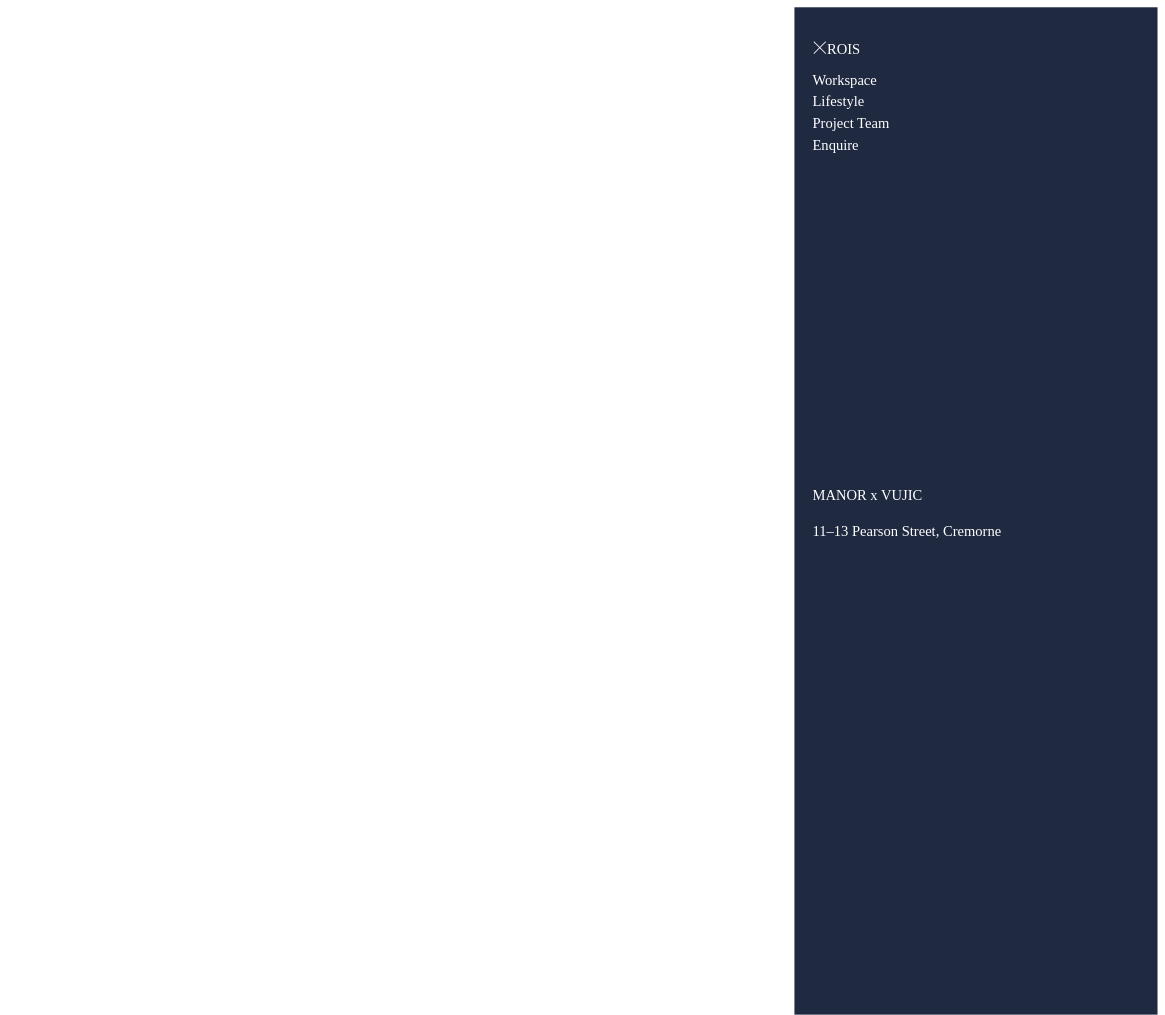
Repository: ThanhMai6507/Rois-Landing-Page
Page: index.html
These files come from the project's save history. The page is drawn as it stood at one moment and after the next save; the edit follows.
The browser window is 1280 px wide. The pictures show the whole page, at 91% of full size.

Above is the page before, as saved 2022-10-31 11:07:24.

After the next save:
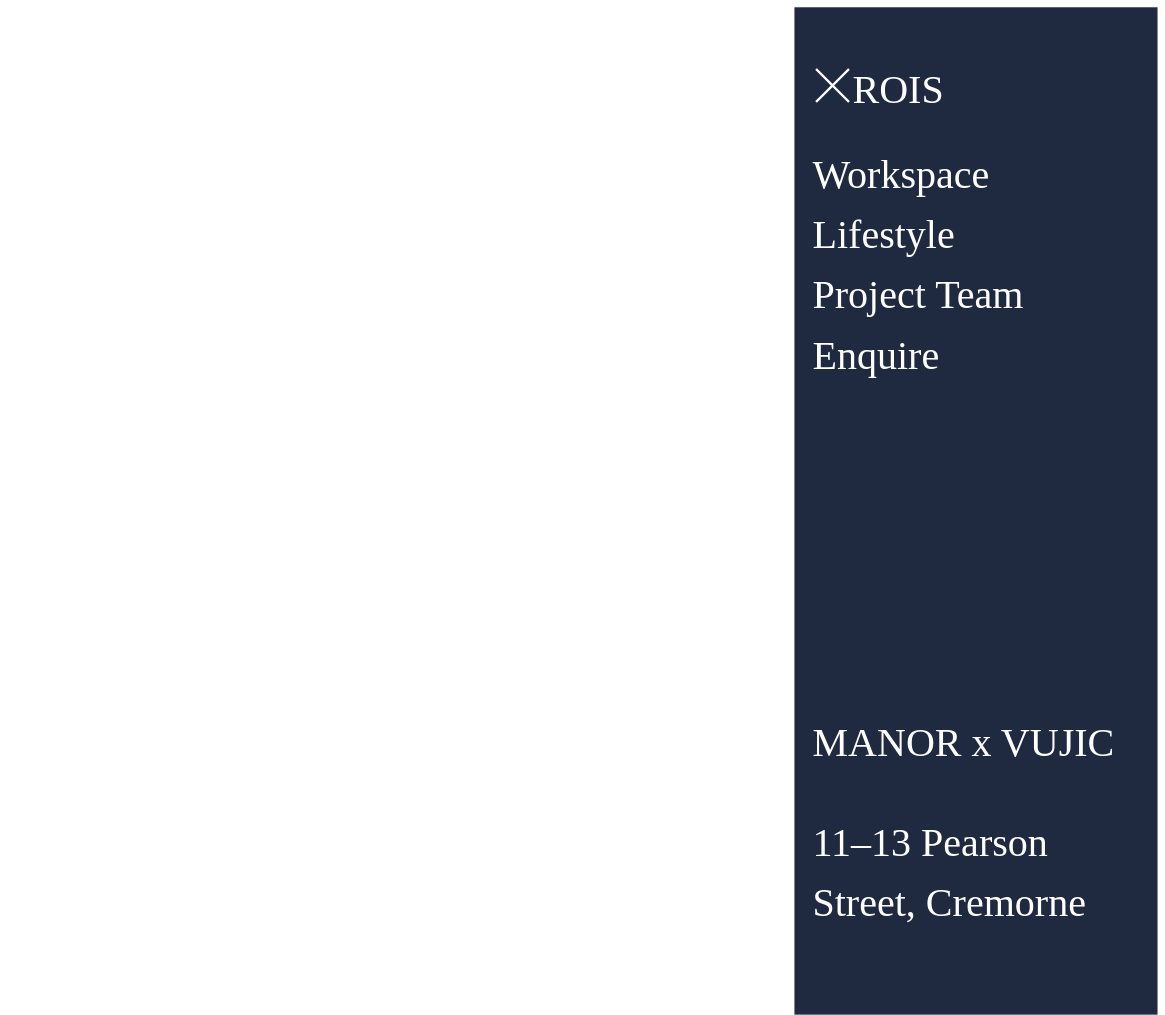
Saved 11 s later.
--- a/style.css
+++ b/style.css
@@ -17,7 +17,7 @@
     padding-top: 20px;
     line-height: 1.5;
     font-family: 'Times New Roman', Times, serif;
-    font-size: 44;
+    font-size: 44px;
 }
 
 a {
